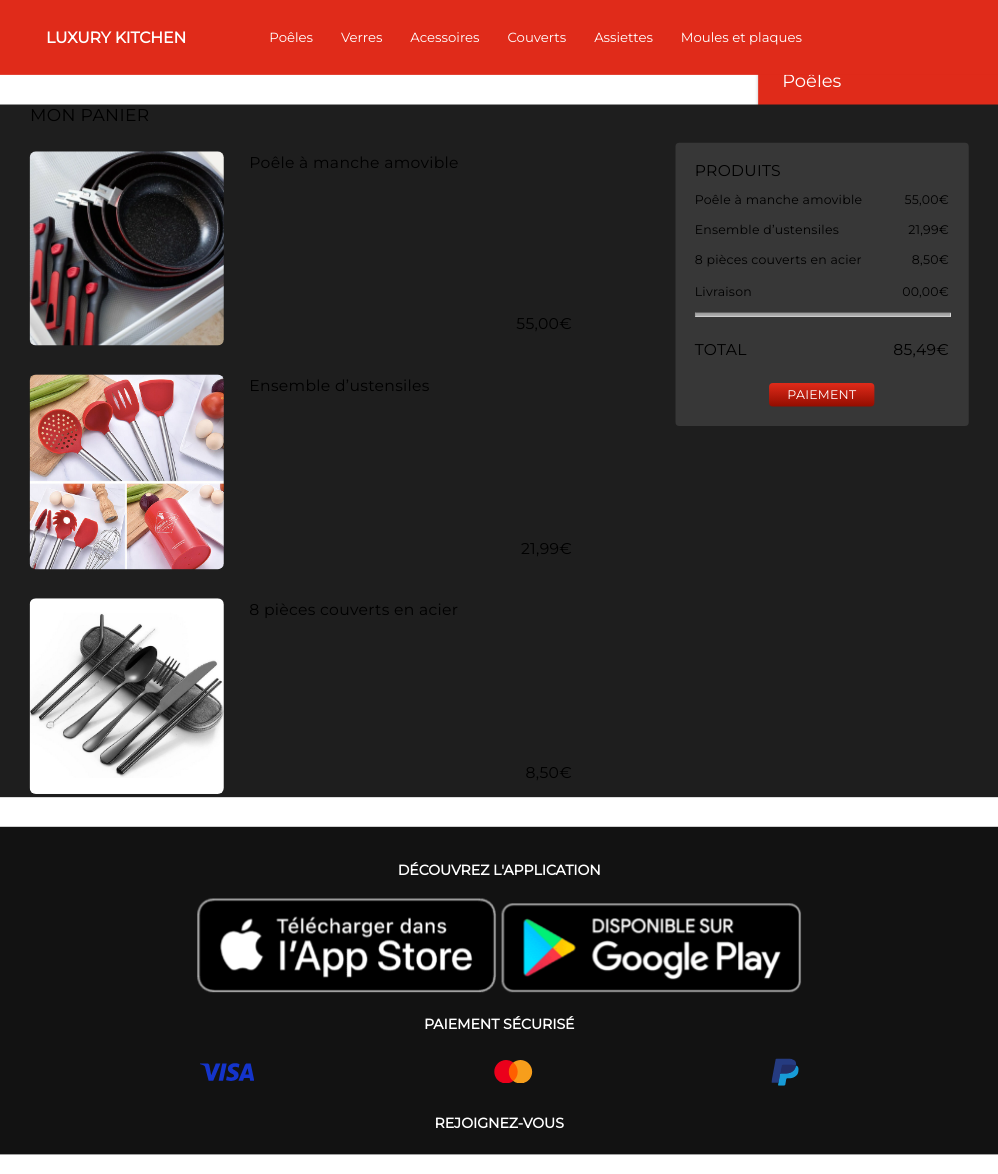
Repository: Juannpl/Luxury-Kicthen
Page: html/panier.html
An editor plug-in stored every save of this project. The page is shown before and after a run of saves, followed by the edit.
The browser window is 1280 px wide. The pictures show the whole page, at 78% of full size.
Some icons come from a web library that is not loaded, so they are not drawn.

Above is the page before, as saved 2023-02-17 10:28:06.

After the next 3 saves:
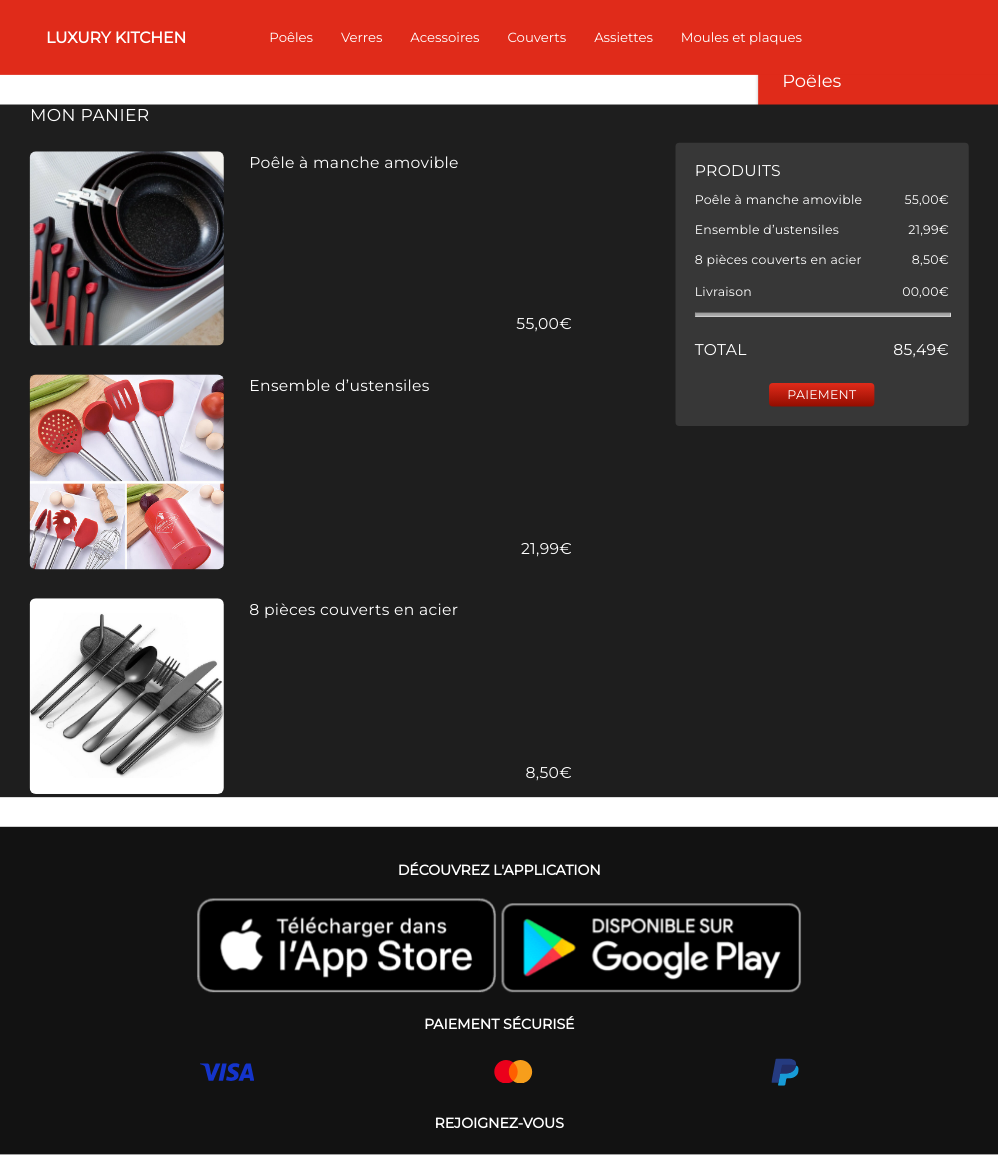
The 3 saves are shown as one change because they came seconds apart.
The last was saved 28 s later.
--- a/css/panier.css
+++ b/css/panier.css
@@ -259,6 +259,7 @@ img{
 
 main{
     background-color: var(--noirclair);
+    color: var(--blanc);
 }
 
 .container {
